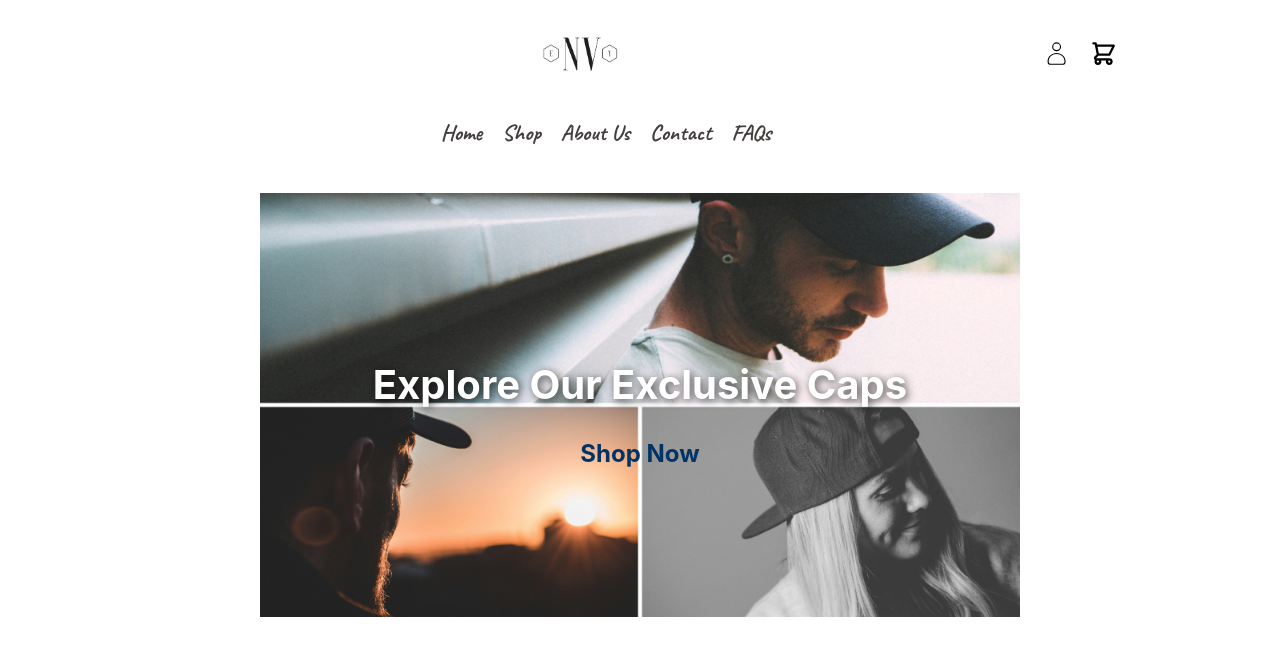
Repository: lasity34/new-envy
Page: / (app in my-new-envy/)
The author's editor kept a copy of each file at every save. The page is drawn from the files as they stood at one save, then again after the next save.
The browser window is 1280 px wide. The pictures show the whole page.
The project was rebuilt for these pictures with package versions that can differ from the ones it lists, and the page was loaded fresh each time.

Above is the page before, as saved 2024-04-22 10:16:13.

### my-new-envy/public/index.html
<!DOCTYPE html>
<html lang="en">
  <head>
    <meta charset="utf-8" />
    <link rel="icon" href="%PUBLIC_URL%/logo.png" />
    <meta name="viewport" content="width=device-width, initial-scale=1" />
    <meta name="theme-color" content="#000000" />
    <meta
      name="description"
      content="Web site created using create-react-app"
    />
    <link rel="apple-touch-icon" href="%PUBLIC_URL%/logo.png" />
    <!--
      manifest.json provides metadata used when your web app is installed on a
      user's mobile device or desktop. See https://developers.google.com/web/fundamentals/web-app-manifest/
    -->
    <link rel="manifest" href="%PUBLIC_URL%/manifest.json" />
    <!--
      Notice the use of %PUBLIC_URL% in the tags above.
      It will be replaced with the URL of the `public` folder during the build.
      Only files inside the `public` folder can be referenced from the HTML.

      Unlike "/favicon.ico" or "favicon.ico", "%PUBLIC_URL%/favicon.ico" will
      work correctly both with client-side routing and a non-root public URL.
      Learn how to configure a non-root public URL by running `npm run build`.
    -->
    <link rel="preconnect" href="https://fonts.googleapis.com">
<link rel="preconnect" href="https://fonts.gstatic.com" crossorigin>
<link href="https://fonts.googleapis.com/css2?family=Crimson+Text:ital,wght@0,400;0,600;0,700;1,400;1,600;1,700&display=swap" rel="stylesheet">
<link href="https://fonts.googleapis.com/css2?family=Caveat:wght@400..700&display=swap" rel="stylesheet">
    <title>Envy</title>
  </head>
  <body>
    <noscript>You need to enable JavaScript to run this app.</noscript>
    <div id="root"></div>
    <!--
      This HTML file is a template.
      If you open it directly in the browser, you will see an empty page.

      You can add webfonts, meta tags, or analytics to this file.
      The build step will place the bundled scripts into the <body> tag.

      To begin the development, run `npm start` or `yarn start`.
      To create a production bundle, use `npm run build` or `yarn build`.
    -->
  </body>
</html>

### my-new-envy/src/App.tsx

import { BrowserRouter as Router } from 'react-router-dom';
import Header from './components/Header';
import HeroBanner from './components/HeroBanner';

function App() {
  return (
    <Router>
      <div className="App">

          <Header />
          <HeroBanner />
      </div>
    </Router>
  );
}

export default App;

### my-new-envy/src/components/Header.tsx
import styled from "styled-components";
import { Link } from "react-router-dom";
import { CiUser } from "react-icons/ci";
import { HiOutlineShoppingCart } from "react-icons/hi";

// Define basic styled components
const HeaderContainer = styled.header`
font-family: "Caveat", cursive;
  color: black;
  padding: 20px 40px; // Adjust the padding to match the spacing in the screenshot
  display: flex;
  justify-content: space-between; // Align items to the start and end of the header
  align-items: center; // Center items vertically
  flex-direction: column;
`;

const BannerContainer = styled.div`
  display: flex;
  justify-content: space-between;
  width: 100%;
`;

const SearchContainer = styled.div`
  width: 20%;
`;

const LogoContainer = styled.div`
  display: flex;
  justify-content: center;
  align-items: center;
  width: 35%;
`;

const AccountCartContainer = styled.div`
  display: flex;
  justify-content: center;
  align-items: center;
  list-style: none;
  width: 30%;
`;

const Nav = styled.nav`
  width: 100%;
  display: flex;
  justify-content: center;
  margin-right: 8em;

`;

const NavLinks = styled.ul`
  list-style: none;
  display: flex;
  font-size: 1.4rem;
`;

const IconNavLinks = styled.ul`
  display: flex;
  justify-content: center;
  width: 70%;
`;

const IconNavLink = styled.li`
  list-style: none;
  color: black;

  a {
    color: black;
    text-decoration: none;
    font-size: 1.7rem;
    padding: 0 10px;

    &:hover {
      color: black; // Change color on hover
    }
  }
`;


const NavLink = styled.li`
  position: relative;
  margin-left: 20px;

  a {
    color: #433f3e;
    text-decoration: none;
    font-weight: bold;
    display: inline-block;
    position: relative;

    &::after {
      content: '';
      position: absolute;
      bottom: -5px; // Distance from the bottom of the link text
      left: 0;
      right: 0;
      width: 0; // Start with no width
      height: 2px;
      background-color: black;
      transition: width 0.5s ease, left 0.5s ease; // Animate the width and left position
      transform: translateX(-50%);
    }

    &:hover::after {
      width: 100%; // Full width on hover
      left: 50%; // Centering it with the left position during hover
      transform: translateX(-50%); // Ensure it grows from the center
    }
  }
`;

const CapImage = styled.img`
  width: 100px;
`;

// Simplified Header component
const Header = () => {
  return (
    <HeaderContainer>
      <BannerContainer>
        <SearchContainer></SearchContainer>

        <LogoContainer>
          <Link to="/">
            <CapImage src="images/logo.png" alt="Queue" />
          </Link>
        </LogoContainer>

        <AccountCartContainer>
          <IconNavLinks>
            <IconNavLink>
              <Link to="/account">
                <CiUser />
              </Link>
            </IconNavLink>
            <IconNavLink>
              <Link to="/cart">
                <HiOutlineShoppingCart />
              </Link>
            </IconNavLink>
          </IconNavLinks>
        </AccountCartContainer>
      </BannerContainer>
      <Nav>
        <NavLinks>
          <NavLink>
            <Link to="/">Home</Link>
          </NavLink>
          <NavLink>
            <Link to="/shop">Shop</Link>
          </NavLink>
          <NavLink>
            <Link to="/about">About Us</Link>
          </NavLink>
          <NavLink>
            <Link to="/contact">Contact</Link>
          </NavLink>
          <NavLink>
            <Link to="/faq">FAQs</Link>
          </NavLink>
        </NavLinks>
      </Nav>
    </HeaderContainer>
  );
};

export default Header;

### my-new-envy/src/components/HeroBanner.tsx

import styled from 'styled-components';
import { Link } from 'react-router-dom';

const BannerContainer = styled.div`
  background-image: url('images/hero-background.png');
  height: 60vh;
  background-size: contain;
  background-repeat: no-repeat;
  background-position: center;
  display: flex;
  justify-content: center;
  align-items: center;
  flex-direction: column;
  text-align: center;
  color: white;
`;


const Tagline = styled.h1`
  font-size: 2.5rem;
  margin-bottom: 20px;
  text-shadow: 2px 2px 8px rgba(0,0,0,0.7); // Enhances legibility over the hero image
`;

const ShopButton = styled(Link)`
  padding: 10px 20px;

  color: #003366; // Deep blue
  font-size: 1.5rem;
  font-weight: bold;
  border: none;
  border-radius: 5px;
  text-decoration: none;

  &:hover {
    background-color: #f1c40f;
    color: #fff;
  }
`;

const HeroBanner = () => {
  return (
    <BannerContainer>
      <Tagline>Explore Our Exclusive Caps</Tagline>
      <ShopButton to="/shop">Shop Now</ShopButton>
    </BannerContainer>
  );
};

export default HeroBanner;

Loaded but not shown: my-new-envy/src/index.tsx (common file); my-new-envy/src/index.css (common file); my-new-envy/src/reportWebVitals.ts (common file)

After the next save:
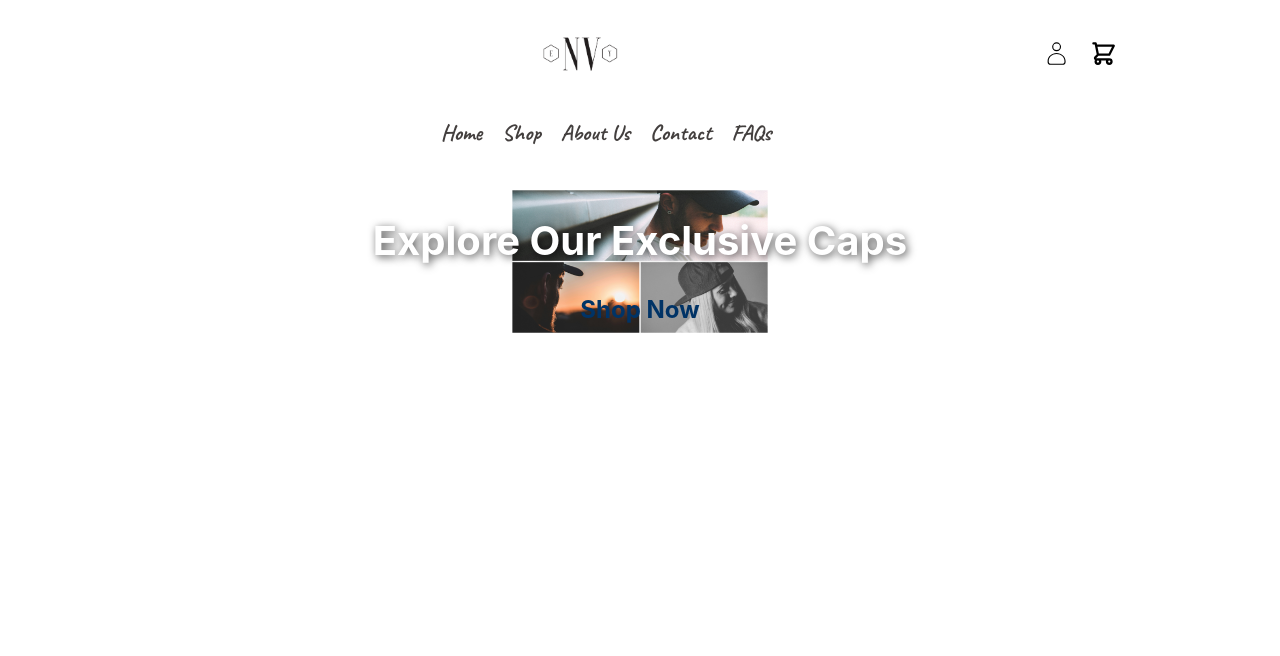
Saved 60 s later.
--- a/my-new-envy/src/components/HeroBanner.tsx
+++ b/my-new-envy/src/components/HeroBanner.tsx
@@ -4,7 +4,7 @@ import { Link } from 'react-router-dom';
 
 const BannerContainer = styled.div`
   background-image: url('images/hero-background.png');
-  height: 60vh;
+
   background-size: contain;
   background-repeat: no-repeat;
   background-position: center;
